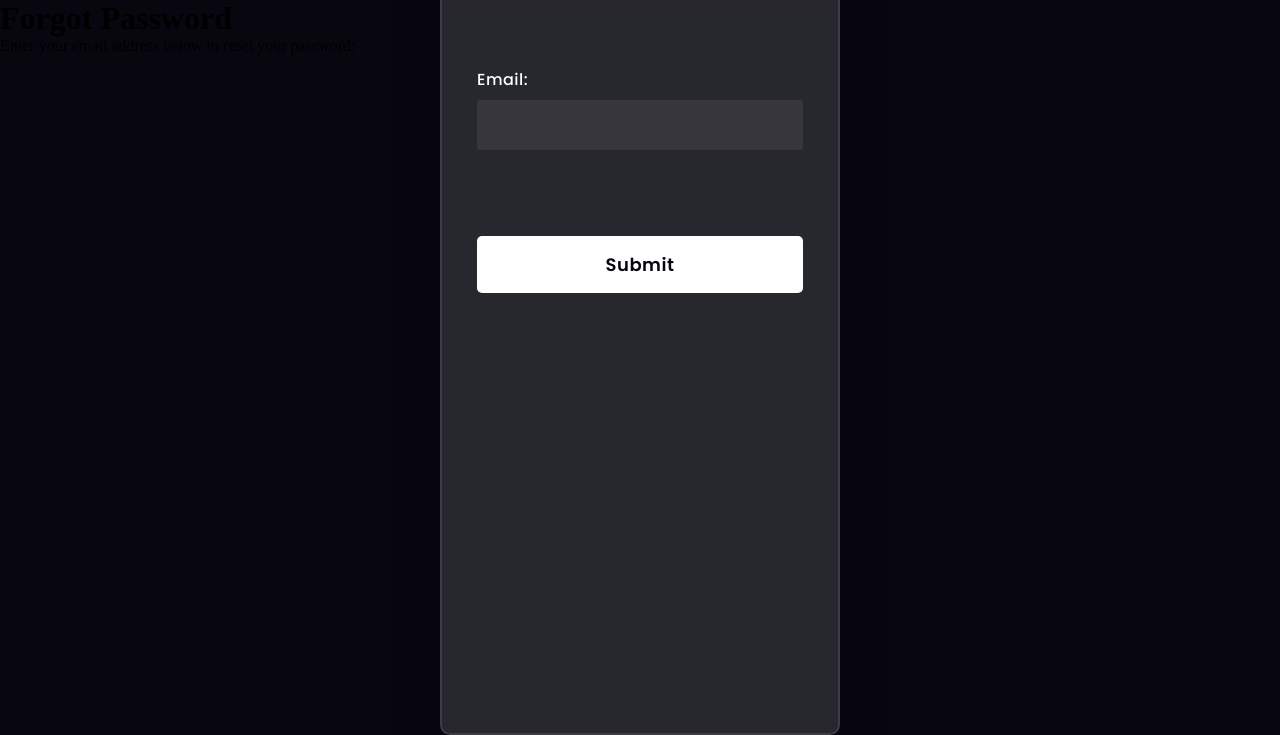
Repository: NguyenHuy-lang/FE-project
Page: sign-in-up/forgot-password.html
An editor plug-in stored every save of this project. The page is shown before and after the next save, followed by the edit.
The browser window is 1280 px wide. The pictures show the whole page.

Above is the page before, as saved 2023-05-11 17:07:54.

After the next save:
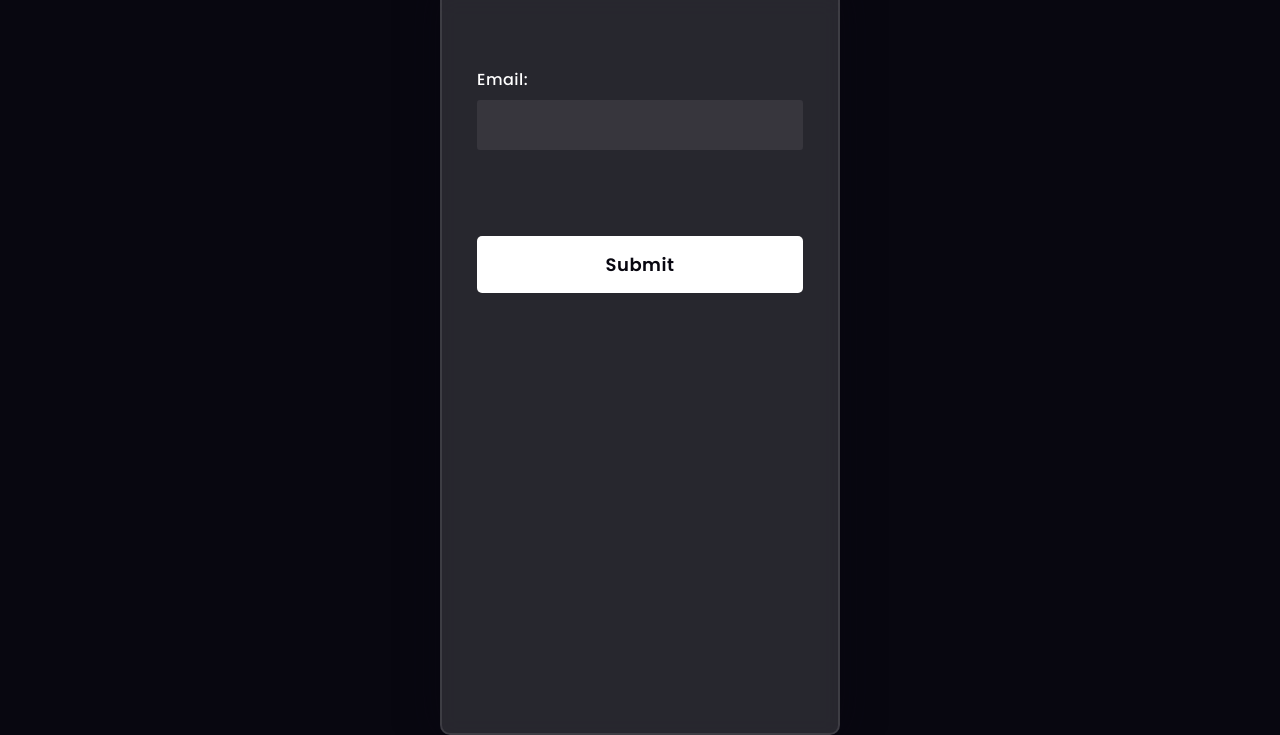
Saved 71 s later.
--- a/sign-in-up/forgot-password.html
+++ b/sign-in-up/forgot-password.html
@@ -149,15 +149,23 @@
         </style>
     </head>
 <body>
-    <h1>Forgot Password</h1>
-    <p>Enter your email address below to reset your password:</p>
-    <form id="my-form">
+    <form id="email-form">
         <label for="email">Email:</label>
         <input type="email" id="email" name="email" required>
         <br><br>
-        <button onclick="forgotPassword()">Submit</button>
+        <button onclick="submitEmail()">Submit</button>
     </form>
 
+    <div id="otp-form" style="display: none;">
+        <h1>Enter OTP Code</h1>
+        <p>Please enter the OTP code that was sent to your email address:</p>
+        <form id="my-form">
+            <label for="otp">OTP Code:</label>
+            <input type="text" id="otp" name="otp" required>
+            <br><br>
+            <button onclick="submitOTP()">Submit</button>
+        </form>
+    </div>
 
 
 </body>

After the 3 saves that followed:
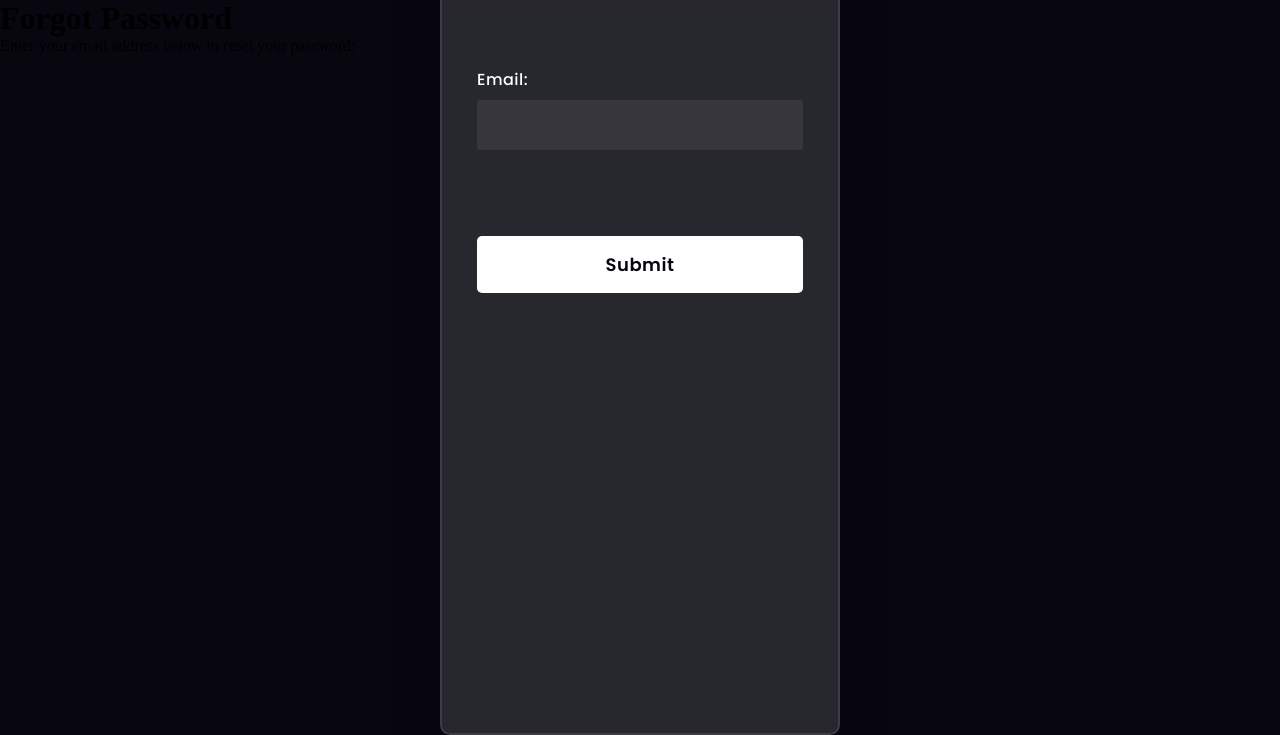
Console error: TypeError: Cannot read properties of null (reading 'addEventListener')
The 3 saves are shown as one change because 1 left the picture as it was and some came seconds apart.
The last was saved 2 min 32 s later.
--- a/sign-in-up/forgot-password.html
+++ b/sign-in-up/forgot-password.html
@@ -149,23 +149,31 @@
         </style>
     </head>
 <body>
-    <form id="email-form">
-        <label for="email">Email:</label>
-        <input type="email" id="email" name="email" required>
-        <br><br>
-        <button onclick="submitEmail()">Submit</button>
-    </form>
+    <h1>Forgot Password</h1>
+  <p>Enter your email address below to reset your password:</p>
+  <form id="email-form">
+    <label for="email">Email:</label>
+    <input type="email" id="email" name="email" required>
+    <br><br>
+    <button onclick="sendOTP()">Submit</button>
+  </form>
 
-    <div id="otp-form" style="display: none;">
-        <h1>Enter OTP Code</h1>
-        <p>Please enter the OTP code that was sent to your email address:</p>
-        <form id="my-form">
-            <label for="otp">OTP Code:</label>
-            <input type="text" id="otp" name="otp" required>
-            <br><br>
-            <button onclick="submitOTP()">Submit</button>
-        </form>
-    </div>
+  <form id="otp-form" style="display: none;">
+    <label for="otp">Enter OTP:</label>
+    <input type="text" id="otp" name="otp" required>
+    <br><br>
+    <button onclick="verifyOTP()">Submit</button>
+  </form>
+
+  <form id="reset-form" style="display: none;">
+    <label for="new-password">New Password:</label>
+    <input type="password" id="new-password" name="new-password" required>
+    <br><br>
+    <label for="confirm-password">Confirm Password:</label>
+    <input type="password" id="confirm-password" name="confirm-password" required>
+    <br><br>
+    <button onclick="resetPassword()">Reset Password</button>
+  </form>
 
 
 </body>
